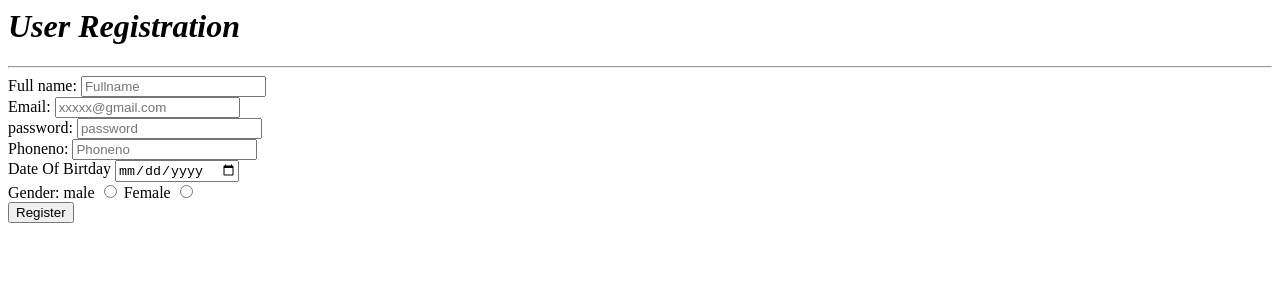
Repository: OrusuRatnamala/JAVA
Page: http://localhost/TrainWeb/registration.jsp
The author's editor kept a copy of each file at every save. The page is drawn from the files as they stood at one save, then again after the next save.
The browser window is 1280 px wide. The pictures show the whole page.
The page is served by Tomcat 9.

Above is the page before, as saved 2023-10-11 18:00:35.

After the next save:
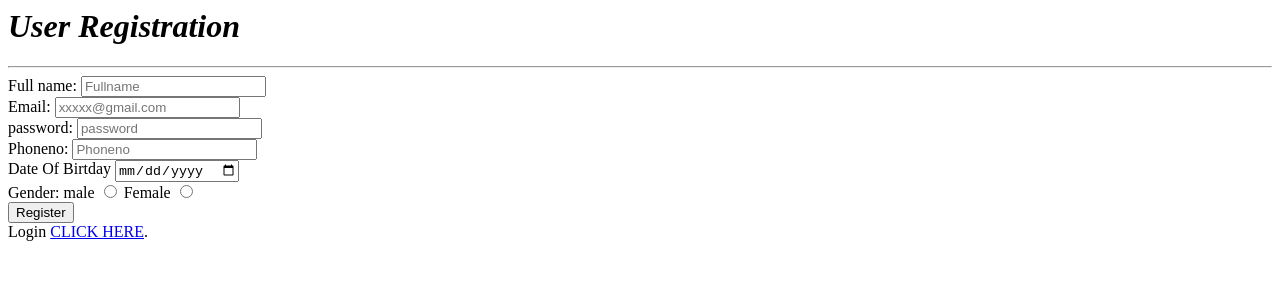
Saved 18 min 28 s later.
--- a/springdao/TrainWeb/src/main/webapp/registration.jsp
+++ b/springdao/TrainWeb/src/main/webapp/registration.jsp
@@ -18,7 +18,8 @@
 			value="Birtday"> <br> <label>Gender:</label> <label>male</label>
 		<input type="radio" name="gender" id="male"> <label>Female</label>
 		<input type="radio" name="gender" id="female"> <br> <input
-			type="submit" name="button" value="Register"> <br> <br>
+			type="submit" name="button" value="Register"> <br> Login
+		<a href="login.jsp">CLICK HERE</a>. <br>
 	</form>
 </body>
 </html>
